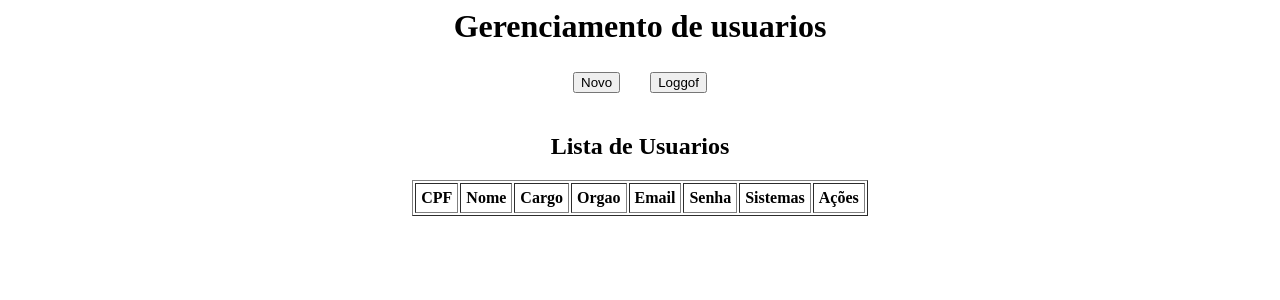
Repository: MarceloLopes22/DesafioInvia
Page: http://localhost/desafioInvia/usuarios.jsp
An editor plug-in stored every save of this project. The page is shown before and after the next save, followed by the edit.
The browser window is 1280 px wide. The pictures show the whole page.
Some web libraries are served in a nearby version. The page is served by Tomcat 9. Other server files are loaded and not shown. The template is opened directly, without the code that normally fills it, so the values that code supplies are empty.

Above is the page before, as saved 2020-03-31 04:03:55.

### workspace/desafioInvia/src/main/webapp/usuarios.jsp
<%@ page language="java" contentType="text/html; charset=UTF-8" pageEncoding="UTF-8"%>
<%@ taglib uri="http://java.sun.com/jsp/jstl/core" prefix="c"%>
<html>
<head>
<script	src="//ajax.googleapis.com/ajax/libs/jquery/1.11.0/jquery.min.js"></script>
<meta charset="utf-8">
<script type="text/javascript" src="usuario.js"></script>
<title>Lista de Usuarios</title>
</head>
<body>
	<div id="formLista">
		<form>
			<div align="center">
				<h1>Gerenciamento de usuarios</h1>
				<h2>
					<input type="button" id="novo" name="novo" onclick="novo()" value="Novo"/>&nbsp;&nbsp;&nbsp;&nbsp;
					<button type="submit" id="loggof" name="loggof" onclick="loggof()">Loggof</button>
				</h2>
			</div>
			<div align="center">
				<table border="1" cellpadding="5">
					<caption>
						<h2>Lista de Usuarios</h2>
					</caption>
					<tr>
						<th>CPF</th>
						<th>Nome</th>
						<th>Cargo</th>
						<th>Orgao</th>
						<th>Email</th>
						<th>Senha</th>
						<th>Sistemas</th>
						<th>Ações</th>
					</tr>
					<c:forEach var="u" items="${usuarios}">
						<tr>
							<td>
								<c:out value="${u.cpf}" />
							</td>
							<td><c:out value="${u.nome}" /></td>
							<td><c:out value="${u.cargo.descricao}" /></td>
							<td><c:out value="${u.orgao.nome}" /></td>
							<td><c:out value="${u.email}" /></td>
							<td><c:out value="${u.senha}" /></td>
							<td>
						        <c:forEach var="i" items= "${u.sistemas}">
						            <c:out value="${i.nome}"> &nbsp;&nbsp;</c:out>
						        </c:forEach>
					        </td>
							<td>
								<button id="alterar" name="alterar" onclick="alterar(${u.cpf})">Editar</button>&nbsp;&nbsp;&nbsp;&nbsp;
								<button id="deletar" name="deletar" onclick="apagar(${u.cpf})">Apagar</button>
							</td>
						</tr>
					</c:forEach>
				</table>
			</div>
		</form>
	</div>
</body>
</html>
<!--
<html><!-- <input type="submit" name="delete" formmethod="DELETE" formaction="request.getContextPath()/UsuarioViewServelet?cpf=${u.cpf}/>" value="Apagar"/>
<head>
<title>Lista de Usuarios</title>
</head>
<body>
	<div id="formLista">
		<form>
			<div align="center">
				<h1>Gerenciamento de usuarios</h1>
				<h2>
					<button type="submit" onclick="novo()">Novo Usuario</button> &nbsp;&nbsp;&nbsp;
					<button type="submit" onclick="listar()">Lista de Usuarios</button>
				</h2>
			</div>
			<div align="center">
				<table border="1" cellpadding="5">
					<caption>
						<h2>Lista de Usuarios</h2>
					</caption>
					<tr>
						<th>CPF</th>
						<th>Nome</th>
						<th>Cargo</th>
						<th>Orgao</th>
						<th>Email</th>
						<th>Senha</th>
						<th>Sistemas</th>
						<th>Ações</th>
					</tr>
					<c:forEach var="u" items="${usuarios}">
						<tr>
							<td>
								<c:out value="${u.cpf}" />
							</td>
							<td><c:out value="${u.nome}" /></td>
							<td><c:out value="${u.cargo.descricao}" /></td>
							<td><c:out value="${u.orgao.nome}" /></td>
							<td><c:out value="${u.email}" /></td>
							<td><c:out value="${u.senha}" /></td>
							<td>
						        <c:forEach var="i" items= "${u.sistemas}">
						            <c:out value="${i.nome}"> &nbsp;&nbsp;</c:out>
						        </c:forEach>
					        </td>
							<td>
								<button type="submit" id="editar" name="editar" onclick="editar(${u.cpf.toString()})">Editar</button>&nbsp;&nbsp;&nbsp;&nbsp;
								<button type="submit" id="deletar" name="deletar" onclick="apagar(${u.cpf.toString()})">Apagar</button>
							</td>
						</tr>
					</c:forEach>
				</table>
			</div>
		</form>
	</div>
</body>
</html> -->

<!-- <div id="formLista">
		<form>
			<div align="center">
				<h1>Gerenciamento de usuarios</h1>
				<h2>
					<input type="submit" name="novo" formmethod="get" formaction="request.getContextPath()%>/UsuarioViewServelet?listar=${false}" value="Novo Usuario"/>&nbsp;&nbsp;&nbsp;
					<input type="submit" name="listar" formmethod="get" formaction="request.getContextPath()%>/UsuarioViewServelet?listar=${true}" value="Lista de Usuarios">
				</h2>
			</div>
			<div align="center">
				<table border="1" cellpadding="5">
					<caption>
						<h2>Lista de Usuarios</h2>
					</caption>
					<tr>
						<th>CPF</th>
						<th>Nome</th>
						<th>Cargo</th>
						<th>Orgao</th>
						<th>Email</th>
						<th>Senha</th>
						<th>Sistemas</th>
						<th>Ações</th>
					</tr>
					<c:forEach var="u" items="${usuarios}" varStatus="e">
						<tr>
							<input type="hidden" id="posicao" name="posicao" value="${e.index}"/>

							<td>
								<span id="cpf" name="cpf"><c:out value="${u.cpf}" /></span>
							</td>
							<td>
								<span id="nome" name="nome"><c:out value="${u.nome}" /></span>
							</td>

							<td>
								<span id="descricao" name="descricao"><c:out value="${u.cargo.descricao}" /></span>
							</td>

							<td>
								<span id="nomeOrgao" name="nomeOrgao"><c:out value="${u.orgao.nome}" /></span>
							</td>

							<td>
								<span id="email" name="email"><c:out value="${u.email}" /></span>
							</td>

							<td>
								<span id="senha" name="senha"><c:out value="${u.senha}" /></span>
							</td>

							<td>
						        <c:forEach var="i" items= "${u.sistemas}">
						            <span id="nomeSistema" name="nomeSistema"><c:out value="${i.nome}"> &nbsp;&nbsp;</c:out></span>
						        </c:forEach>
					        </td>
							<td>
								<input type="submit" name="editar" formmethod="PUT" formaction="request.getContextPath()%>/UsuarioViewServelet?cpf=${u.cpf}" value="Editar"/>&nbsp;&nbsp;&nbsp;&nbsp;
								<input type="submit" name="editar" formmethod="DELETE" formaction="request.getContextPath()%>/UsuarioViewServelet?cpf=${u.cpf}&acao=deletar" value="Editar"/>&nbsp;&nbsp;&nbsp;&nbsp;
							</td>
						</tr>
					</c:forEach>
				</table>
			</div>
		</form>

	</div> -->

### workspace/desafioInvia/src/main/webapp/usuario.js
const URL_LOGIN = 'http://localhost:8080/desafioInvia/LoginViewServlet';
const URL_USUARIO = 'http://localhost:8080/desafioInvia/UsuarioViewServelet';

function login(){
	jQuery.ajax({
		type: "POST",
		async: false,
		url: URL_LOGIN,
		data:  {
			"email" : document.getElementById("email").value,
			"senha" : document.getElementById("senha").value
		},
		success: function (dados) {
			var formLista = document.getElementById("formLogin");
			formLista.innerHTML = dados;
		},
		error: function (err){
			alert(err.responseText);
		}
	});
}

function novo(){
	jQuery.ajax({
		type: "GET",
		async: false,
		url: URL_USUARIO,
		data:  {
			"acao" : "acessarPagIncluir"
		},
		success: function (dados) {
			var formLista = document.getElementById("formLista");
			formLista.innerHTML = dados;
		},
		error: function (err){
			alert(err.responseText);
		}
	});
}

function alterar(cpf){
	jQuery.ajax({
		type: "GET",
		async: false,
		url: URL_USUARIO,
		data:  {
			"acao": "acessarPagAlterar",
			"cpf" : cpf
		},
		success: function (dados) {
			var formLista = document.getElementById("formLista");
			formLista.innerHTML = dados;
		},
		error: function (err){
			alert(err.responseText);
		}
	});
}

function incluir(){

	//var sistemas = $('#sistemas').val();

	var selecionados = document.getElementById("sistemas").selectedOptions
	var valores = [];
	for(i = 0; i < selecionados.length; i++){
		valores.push(selecionados[i].value);
	}

	//var valores = selecionados.map(i --> i.value);
	//var optsArray = Array.prototype.slice.call(selecionados);
	jQuery.ajax({
		type: "POST",
		async: false,
		url: URL_USUARIO,
		data:  {
			"acao" : "incluir",
			"cpf" : document.getElementById("cpf").value,
			"nome" : document.getElementById("nome").value,
			"email" : document.getElementById("email").value,
			"senha" : document.getElementById("senha").value,
			"cargo" : document.getElementById("cargo").value,
			"orgao" : document.getElementById("orgao").value,
			valores : valores
		},
		success: function (dados) {
			var formLista = document.getElementById("formLista");
			formLista.innerHTML = dados;
		},
		error: function (err){
			alert(err.responseText);
		}
	});
}

function loggof(){
	jQuery.ajax({
		type: "PUT",
		async: false,
		url: URL_LOGIN,
		success: function (dados) {
			var formLista = document.getElementById("formLista");
			formLista.innerHTML = dados;
		},
		error: function (err){
			alert(err.responseText);
		}
	});
}

function editar(cpf){
	jQuery.ajax({
		type: "POST",
		async: false,
		url: URL_LOGIN,
		data:  {
			"email" : document.getElementById("email").value,
			"senha" : document.getElementById("senha").value
		},
		success: function (dados) {
			var formLista = document.getElementById("formLogin");
			formLista.innerHTML = dados;
		},
		error: function (err){
			alert(err.responseText);
		}
	});
}

function apagar(cpf){
	jQuery.ajax({
		type: "DELETE",
		async: false,
		url: URL_USUARIO,
		data: {
			"cpf" : cpf
		},
		success: function (dados) {
			var formLista = document.getElementById("formLista");
			formLista.innerHTML = dados;
		},
		error: function (err){
			alert(err.responseText);
		}
	});
}
/*
function xpto1(){
	var email = document.getElementById("email").value;
    var senha = document.getElementById("senha").value;
	var retorno = $.post("http://localhost:8080/desafioInvia/LoginViewServlet",
			{ email: email, senha: senha});

	retorno.fail(function(error) {
	    console.log(error);
	 });

	retorno.done(function(data) {
		 //result.innerHTML = data;
		 console.log(data);
		});
}
function xpto2() {
	jQuery.ajax({
		type : "POST",
		url : "http://localhost:8080/desafioInvia/LoginViewServlet",
		async : false,
		data : {
			"email" : document.getElementById("email").value,
			"senha" : document.getElementById("senha").value
		},
		success : function(dados) {
			if (dados) {
				alert(dados);
			}
		}
	});
}

function xpto(){
	//Creating a new XMLHttpRequest object
    var xmlhttp;
    if (window.XMLHttpRequest){
        xmlhttp = new XMLHttpRequest(); //for IE7+, Firefox, Chrome, Opera, Safari
    } else {
        xmlhttp = new ActiveXObject("Microsoft.XMLHTTP"); //for IE6, IE5
    }
    //Create a asynchronous GET request
    xmlhttp.open("POST", 'http://localhost:8080/desafioInvia/LoginViewServlet', false);
    var email = document.getElementById("email").value;
    var senha = document.getElementById("senha").value;
    xmlhttp.send("email="+email+"&"+"senha="+senha);

    //Execution blocked till server send the response
    if (xmlhttp.readyState == 4) {
        if (xmlhttp.status == 200)
        {
            document.getElementById("message").innerHTML = xmlhttp.responseText;
        }
        else
        {
            alert('Something is wrong !!');
        }
    }
}

var request;

$("#login").submit(function(event) {

    // abort any pending request
    if (request) {
        request.abort();
    }

  event.preventDefault();

   $("#result").html('');

   var values = $(this).serialize();

  request =$.ajax({
      url: "http://localhost:8080/desafioInvia/LoginViewServlet",
      type: "post",
      data: {
			email : $("#email").val(),
			senha : $("#senha").val()
		},
      success: function(){
           $("#result").html('submitted successfully');
      },
      error:function(){
          $("#result").html('there is error while submit');
      }
  });
});

function login(){
	$.ajax({
		url : 'http://localhost:8080/desafioInvia/LoginViewServlet',
		type : 'POST',
		data : {
			email : $("#email").val(),
			senha : $("#senha").val()
		}, success : function (response, text) {
			alert(response);
		},error : function (request, status, error) {
			$("#erro").val(request.responseText);
			alert(request.responseText);
		}
	}).fail(function() {
	   $("#erro").val(request.responseText);
	   alert(request.responseText);
	});
}*/

After the next save:
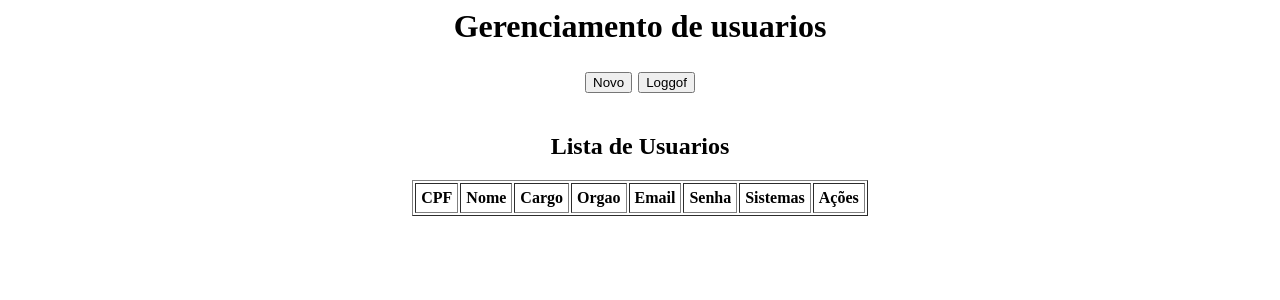
Saved 66 s later.
--- a/workspace/desafioInvia/src/main/webapp/usuarios.jsp
+++ b/workspace/desafioInvia/src/main/webapp/usuarios.jsp
@@ -13,7 +13,7 @@
 			<div align="center">
 				<h1>Gerenciamento de usuarios</h1>
 				<h2>
-					<input type="button" id="novo" name="novo" onclick="novo()" value="Novo"/>&nbsp;&nbsp;&nbsp;&nbsp;
+					<input type="button" id="novo" name="novo" onclick="novo()" value="Novo"/>
 					<button type="submit" id="loggof" name="loggof" onclick="loggof()">Loggof</button>
 				</h2>
 			</div>

After the 2 saves that followed:
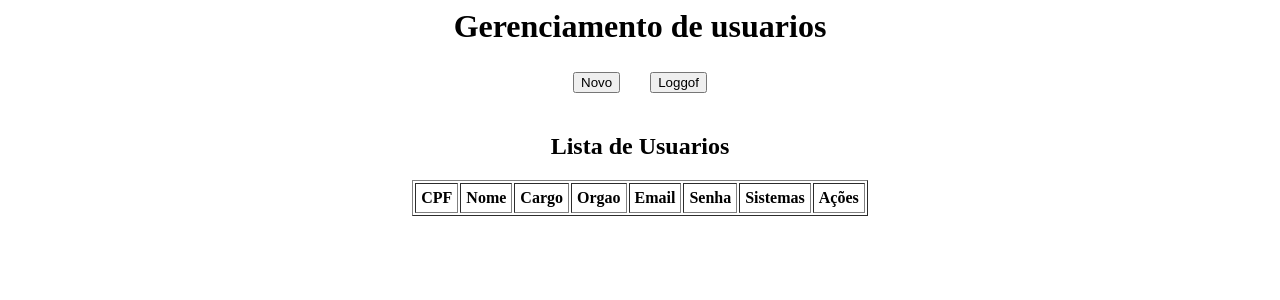
The 2 saves are shown as one change because 1 left the picture as it was.
The last was saved 79 s later.
--- a/workspace/desafioInvia/src/main/webapp/usuarios.jsp
+++ b/workspace/desafioInvia/src/main/webapp/usuarios.jsp
@@ -13,7 +13,7 @@
 			<div align="center">
 				<h1>Gerenciamento de usuarios</h1>
 				<h2>
-					<input type="button" id="novo" name="novo" onclick="novo()" value="Novo"/>
+					<button id="novo" name="novo" onclick="novo()">Novo</button>&nbsp;&nbsp;&nbsp;&nbsp;
 					<button type="submit" id="loggof" name="loggof" onclick="loggof()">Loggof</button>
 				</h2>
 			</div>
